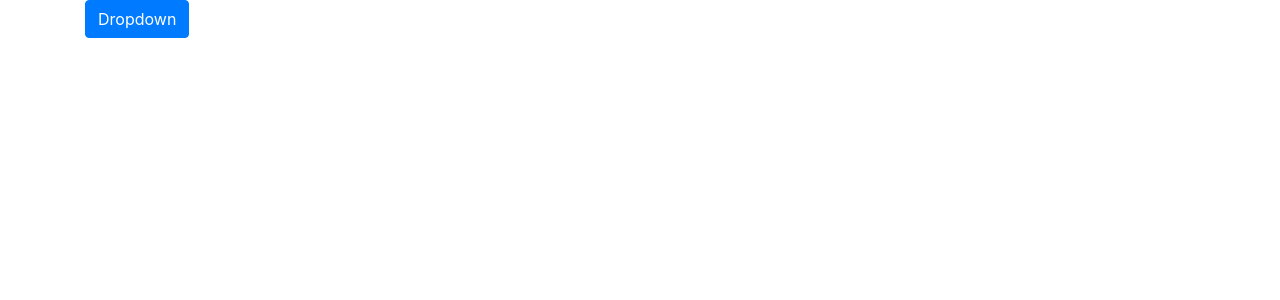
Repository: ranamahmud/bohubrihi-fullstack-webdev-practice
Page: HTML5 CSS3 and Bootstrap 4 Web Development/Part 3 Bootstrap/Learn Bootstrap/dropdown.html
The author's editor kept a copy of each file at every save. The page is drawn from the files as they stood at one save, then again after the next save.
The browser window is 1280 px wide. The pictures show the whole page.

Above is the page before, as saved 2020-08-31 10:46:05.

### HTML5 CSS3 and Bootstrap 4 Web Development/Part 3 Bootstrap/Learn Bootstrap/dropdown.html
<!doctype html>
<html lang="en">
  <head>
    <!-- Required meta tags -->
    <meta charset="utf-8">
    <meta name="viewport" content="width=device-width, initial-scale=1, shrink-to-fit=no">

    <!-- Bootstrap CSS -->
    <link rel="stylesheet" href="https://stackpath.bootstrapcdn.com/bootstrap/4.5.0/css/bootstrap.min.css" integrity="sha384-9aIt2nRpC12Uk9gS9baDl411NQApFmC26EwAOH8WgZl5MYYxFfc+NcPb1dKGj7Sk" crossorigin="anonymous">

    <title>Hello, world!</title>
  </head>
  <body>

    <div class="container">
      <div class="dropdown">
        <button class="btn btn-primary">Dropdown</button>

      </div>
    </div>
    <!-- Optional JavaScript -->
    <!-- jQuery first, then Popper.js, then Bootstrap JS -->
    <script src="https://code.jquery.com/jquery-3.5.1.slim.min.js" integrity="sha384-DfXdz2htPH0lsSSs5nCTpuj/zy4C+OGpamoFVy38MVBnE+IbbVYUew+OrCXaRkfj" crossorigin="anonymous"></script>
    <script src="https://cdn.jsdelivr.net/npm/popper.js@1.16.0/dist/umd/popper.min.js" integrity="sha384-Q6E9RHvbIyZFJoft+2mJbHaEWldlvI9IOYy5n3zV9zzTtmI3UksdQRVvoxMfooAo" crossorigin="anonymous"></script>
    <script src="https://stackpath.bootstrapcdn.com/bootstrap/4.5.0/js/bootstrap.min.js" integrity="sha384-OgVRvuATP1z7JjHLkuOU7Xw704+h835Lr+6QL9UvYjZE3Ipu6Tp75j7Bh/kR0JKI" crossorigin="anonymous"></script>
  </body>
</html>

After the next save:
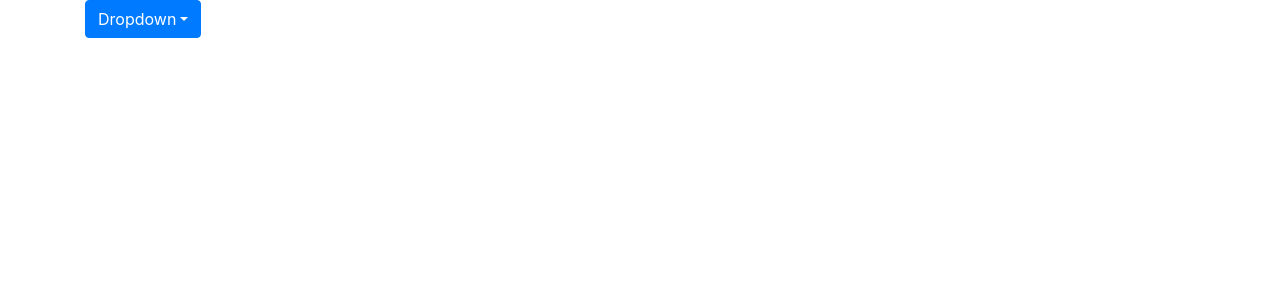
Saved 19 s later.
--- a/HTML5 CSS3 and Bootstrap 4 Web Development/Part 3 Bootstrap/Learn Bootstrap/dropdown.html
+++ b/HTML5 CSS3 and Bootstrap 4 Web Development/Part 3 Bootstrap/Learn Bootstrap/dropdown.html
@@ -14,7 +14,7 @@
 
     <div class="container">
       <div class="dropdown">
-        <button class="btn btn-primary">Dropdown</button>
+        <button class="btn btn-primary dropdown-toggle">Dropdown</button>
 
       </div>
     </div>
